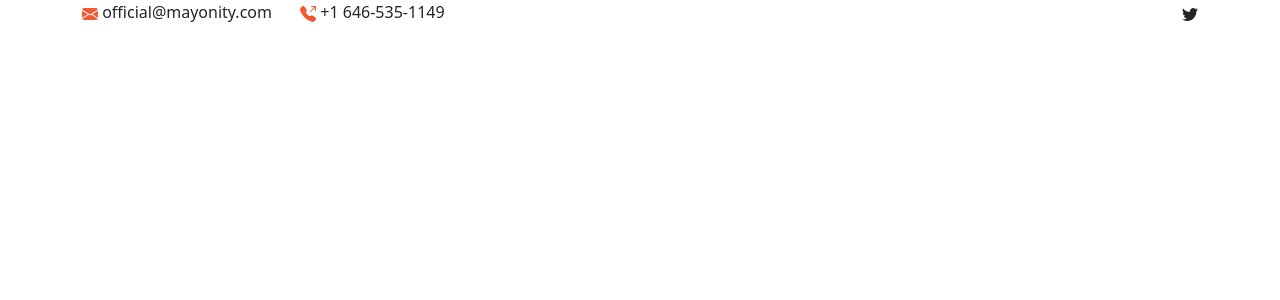
Repository: rizwan-zafar/wings
Page: /
These files come from the project's save history. The page is drawn as it stood at one moment and after the next save; the edit follows.
The browser window is 1280 px wide. The pictures show the whole page.
The project was rebuilt for these pictures with package versions that can differ from the ones it lists, and the page was loaded fresh each time.

Above is the page before, as saved 2022-11-25 22:44:15.

### public/index.html
<!DOCTYPE html>
<html lang="en">
  <head>
    <meta charset="utf-8" />
    <link rel="icon" href="%PUBLIC_URL%/favicon.ico" />
    <meta name="viewport" content="width=device-width, initial-scale=1" />
    <meta name="theme-color" content="#000000" />
    <meta
      name="description"
      content="Web site created using create-react-app"
    />
    <link rel="apple-touch-icon" href="%PUBLIC_URL%/logo192.png" />
    <!--
      manifest.json provides metadata used when your web app is installed on a
      user's mobile device or desktop. See https://developers.google.com/web/fundamentals/web-app-manifest/
    -->
    <link rel="manifest" href="%PUBLIC_URL%/manifest.json" />
    <!--
      Notice the use of %PUBLIC_URL% in the tags above.
      It will be replaced with the URL of the `public` folder during the build.
      Only files inside the `public` folder can be referenced from the HTML.

      Unlike "/favicon.ico" or "favicon.ico", "%PUBLIC_URL%/favicon.ico" will
      work correctly both with client-side routing and a non-root public URL.
      Learn how to configure a non-root public URL by running `npm run build`.
    -->
    <title>Wings</title>
  </head>
  <body>
    <noscript>You need to enable JavaScript to run this app.</noscript>
    <div id="root"></div>
    <!--
      This HTML file is a template.
      If you open it directly in the browser, you will see an empty page.

      You can add webfonts, meta tags, or analytics to this file.
      The build step will place the bundled scripts into the <body> tag.

      To begin the development, run `npm start` or `yarn start`.
      To create a production bundle, use `npm run build` or `yarn build`.
    -->
  </body>
</html>

### src/index.js
import React from 'react';
import ReactDOM from 'react-dom/client';
import './index.css';
import App from './App';
import "../node_modules/bootstrap/dist/css/bootstrap.min.css"
import "../node_modules/bootstrap/dist/js/bootstrap.min.js"

const root = ReactDOM.createRoot(document.getElementById('root'));
root.render(
  <React.StrictMode>
    <App />
  </React.StrictMode>
);

// If you want to start measuring performance in your app, pass a function
// to log results (for example: reportWebVitals(console.log))
// or send to an analytics endpoint. Learn more: https://bit.ly/CRA-vitals

### src/index.css
html {
  margin: 0;
  padding: 0;
  font-family: -apple-system, BlinkMacSystemFont, 'Segoe UI', 'Roboto', 'Oxygen',
    'Ubuntu', 'Cantarell', 'Fira Sans', 'Droid Sans', 'Helvetica Neue',
    sans-serif;
  -webkit-font-smoothing: antialiased;
  -moz-osx-font-smoothing: grayscale;
}
.icons{
  color:#f15833 ;
}

### src/App.js
import Home from "./Pages/Home"
function App() {
  return (

    <>
      <Home />
    </>

  );
}

export default App;

### src/Pages/Home.js
import React from 'react'
import TopNavbar from "../Components/Topnavbar"
export default function Home() {
    return (
        <div>
            <TopNavbar />
        </div>
    )
}

### src/Components/Topnavbar.js
import React from 'react'
import {EnvelopeFill,TelephoneOutboundFill,Twitter,Youtube,Instagram} from "react-bootstrap-icons"
export default function Topnavbar() {
    return (
        <div className="top-bar container d-flex justify-content-between">
           <div>
           <span> <EnvelopeFill className="icons"/> official@mayonity.com</span>
           <span className="set-padding p-4"> <TelephoneOutboundFill className="icons ml-3"/> +1 646-535-1149</span>
           </div>
           <div>
               <span><Twitter /></span>
           </div>
        </div>
    )
}

After the next save:
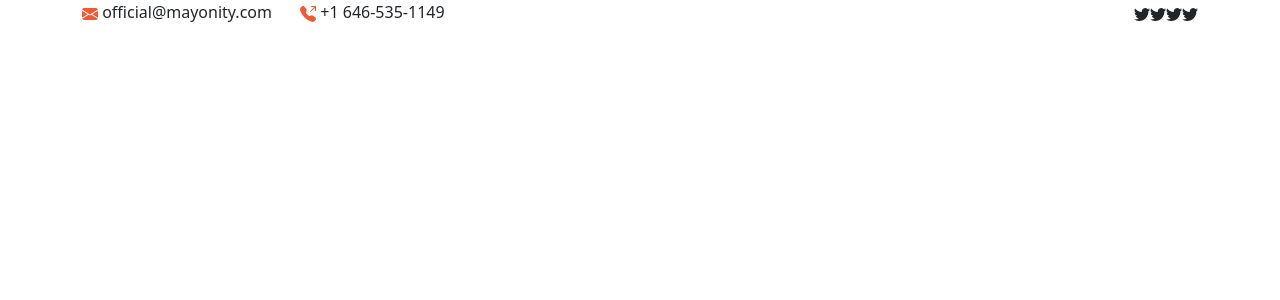
Saved 9 s later.
--- a/src/Components/Topnavbar.js
+++ b/src/Components/Topnavbar.js
@@ -9,6 +9,9 @@
            </div>
            <div>
                <span><Twitter /></span>
+               <span><Twitter /></span>
+               <span><Twitter /></span>
+               <span><Twitter /></span>
            </div>
         </div>
     )
